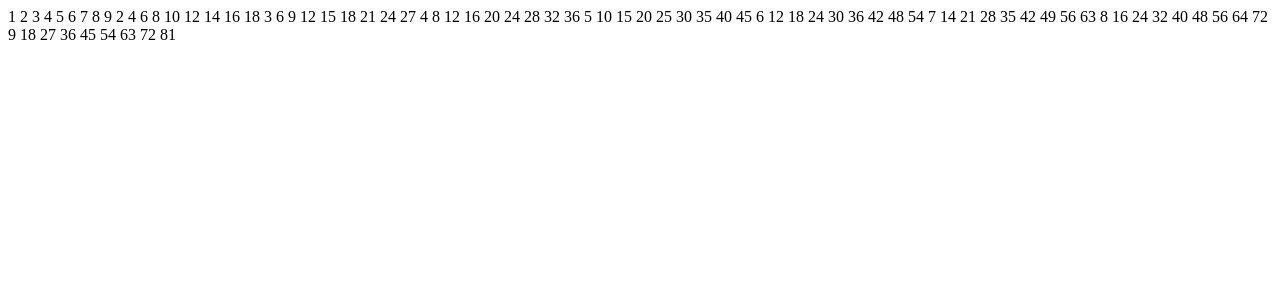
Repository: Parkjaeseong94/JspPractice1
Page: http://localhost/JSP1/gugudan.jsp
These files come from the project's save history. The page is drawn as it stood at one moment and after the next save; the edit follows.
The browser window is 1280 px wide. The pictures show the whole page.
The page is served by Tomcat 9.

Above is the page before, as saved 2024-02-15 07:33:21.

After the next save:
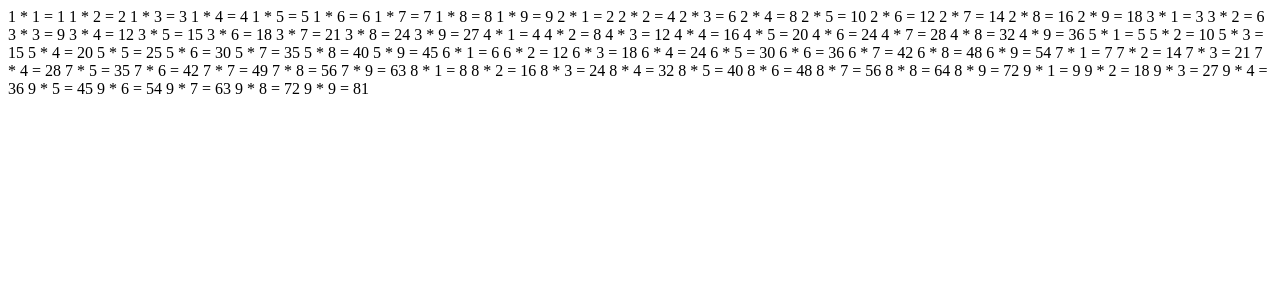
Saved 2 min 28 s later.
--- a/JSP1/src/main/webapp/gugudan.jsp
+++ b/JSP1/src/main/webapp/gugudan.jsp
@@ -12,7 +12,7 @@
 	for(int i=1; i<=9; i++){
 		for(int j=1; j<=9; j++){
 			%>
-			<%= i*j %>
+		<%=i%> *  <%=j%> = <%= i*j %>
 <% 		}
 	}
 %>
